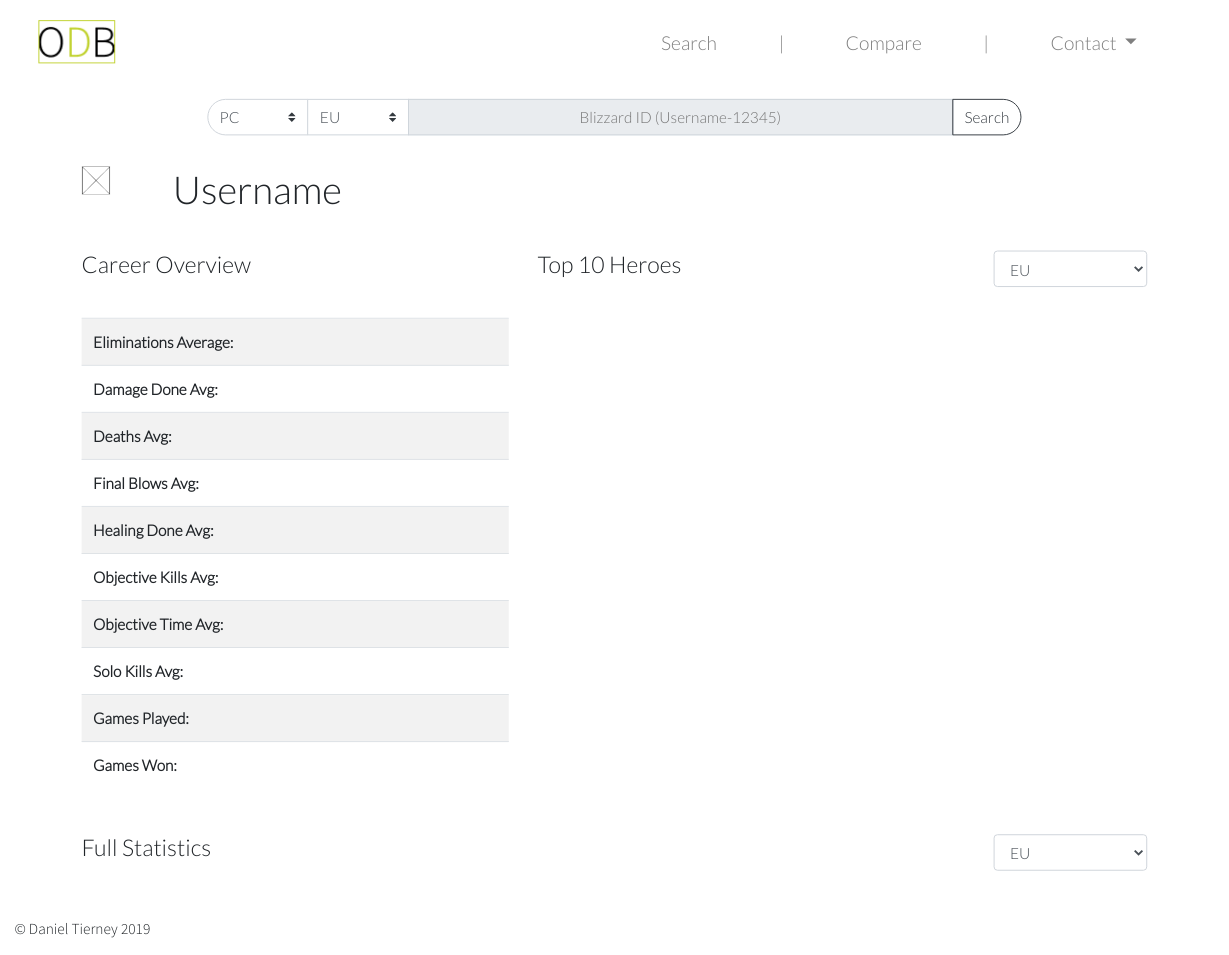
Repository: Cobonkoi/overwatch-dashboard
Page: search.html
The author's editor kept a record of every edit. The page is drawn from the files as they stood at one moment, then again after the next edit.
The browser window is 1280 px wide. The pictures show the whole page, at 96% of full size.

Above is the page before.

### search.html
<!DOCTYPE html>
<html lang="en">

<head>
    <meta charset="UTF-8">
    <meta name="viewport" content="width=device-width, initial-scale=1.0">
    <meta http-equiv="X-UA-Compatible" content="ie=edge">
    <title>Overwatch Dashboard</title>
    <link rel="stylesheet" href="libraries/bootstrap.min.css" type="text/css" />
    <link rel="stylesheet" href="https://stackpath.bootstrapcdn.com/font-awesome/4.7.0/css/font-awesome.min.css" type="text/css" />
    <link href="https://fonts.googleapis.com/css?family=Lato:300|Source+Sans+Pro:300&display=swap" rel="stylesheet">
    <link rel="stylesheet" href="assets/css/style.css" type="text/css" />
</head>

<body>
    <!-- NAVBAR -->
    <nav class="navbar navbar-expand-sm navbar-light my-2">
        <a href="index.html" class="navbar-brand ml-4"><img src="assets/images/brand-image.png" alt="Website Logo" width="80" height="45"></a>

        <button class="navbar-toggler ml-auto" type="button" data-toggle="collapse" data-target="#navbarNavDropdown" aria-controls="navbarNavDropdown" aria-expanded="false" aria-label="Toggle navigation">
            <span class="navbar-toggler-icon"></span></button>

        <div class="collapse navbar-collapse" id="navbarNavDropdown">
            <ul class="navbar-nav ml-auto mr-4">
                <li class="nav-item mr-5"><a class="nav-link" href="search.html">Search</a></li>
                <li class="mr-5 d-none d-sm-block"><a class="nav-link">|</a></li>
                <li class="nav-item mr-5"><a class="nav-link" href="compare.html">Compare</a></li>
                <li class="mr-5 d-none d-sm-block"><a class="nav-link">|</a></li>
                <li class="nav-item dropdown mr-5">
                    <a class="nav-link dropdown-toggle" href="" id="navbarDropdownMenuLink" role="button" data-toggle="dropdown" aria-haspopup="true" aria-expanded="false">
                      Contact
                    </a>
                    <div class="dropdown-menu" aria-labelledby="navbarDropdownMenuLink">
                        <a class="dropdown-item" href="featurerequest.html">Feature Request</a>
                        <a class="dropdown-item" href="bugreport.html">Bug Report</a>
                    </div>
                </li>
            </ul>
        </div>
    </nav>
    <!-- /NAVBAR -->

    <!-- SEARCH -->
    <div class="container search-container text-center d-none d-sm-block">
        <div class="row">
            <div class="col-12 my-3">
                <form class="form-inline" id="searchForm">
                    <div class="input-group mb-3 mx-auto">
                        <select class="custom-select rounded-left--search" id="searchFormPlatform" onchange="changeUsernamePlaceholder(); changeRegionHidden();">
                            <option disabled>Platform...</option>
                            <option value="pc">PC</option>
                            <option value="psn">PS4</option>
                            <option value="xbl">Xbox</option>
                        </select>
                        <select class="custom-select" id="searchFormRegion">
                            <option disabled>Region...</option>
                            <option value="eu">EU</option>
                            <option value="us">US</option>
                            <option value="asia">Asia</option>
                        </select>
                        <div class="input-group-append">
                            <input type="text" class="input-group-text" id="searchFormUsername" placeholder="Blizzard ID (Username-12345)" size="65" required>
                        </div>
                        <div class="input-group-append">
                            <button type="submit" class="btn btn-outline-dark rounded-right--search" form="searchForm">Search</button>
                        </div>
                    </div>
                </form>
            </div>
        </div>
    </div>
    <!-- /SEARCH -->

    <!-- SEARCH-MOBILE -->
    <div class="container search-container text-center d-sm-none">
        <div class="row">
            <div class="col-12">
                <form class="form-group" id="searchFormMobile">
                    <div class="mb-3 mx-auto">
                        <select class="form-control my-4" id="searchFormPlatformMobile" onchange="changeUsernamePlaceholderMobile(); changeRegionHiddenMobile();">
                            <option disabled>Platform...</option>
                            <option value="pc">PC</option>
                            <option value="psn">PS4</option>
                            <option value="xbl">Xbox</option>
                        </select>
                        <select class="form-control my-4" id="searchFormRegionMobile">
                            <option disabled>Region...</option>
                            <option value="eu">EU</option>
                            <option value="us">US</option>
                            <option value="asia">Asia</option>
                        </select>
                        <div class="input-group-append my-4">
                            <input type="text" class="form-control" id="searchFormUsernameMobile" placeholder="Blizzard ID (Username-12345)" required>
                        </div>
                    </div>
                </form>
            </div>
        </div>
    </div>

    <div class="container text-center d-sm-none">
        <div class="row">
            <div class="col-12 mb-5">
                <button type="submit" class="btn btn-outline-dark btn-rounded btn--search" form="searchFormMobile">Search</button>
            </div>
        </div>
    </div>
    <!-- /SEARCH MOBILE -->

    <!-- HEADER -->
    <div class="container search-header-container">
        <div class="row">
            <div class="col-1 mb-3">
                <img src="assets/images/placeholder-profile-picture.png" alt="profile picture" width="30" height="30"></img>
            </div>
            <div class="col-3 mb-3">
                <h1 class="" id="">Username</h1>
                <!-- Platform - Region -->
            </div>
            <div class="col-2 mb-3">
                <!-- Account Level -->
                <!-- Endoresment Level -->
            </div>
            <div class="col-5 mb-3">
                <!-- Quickplay / Comp toggler -->
            </div>
        </div>
    </div>
    <!-- /HEADER -->

    <!-- CAREER OVERVIEW -->
    <div class="container career-overview-container">
        <div class="row">
            <div class="col-5 my-3">
                <h4 class="" id="">Career Overview</h4>
            </div>
            <div class="col-5 my-3">
                <h4 class="" id="">Top 10 Heroes</h4>
            </div>
            <div class="col-2 my-3">
                <select class="form-control" id="">
                    <option disabled>Region...</option>
                    <option value="eu">EU</option>
                    <option value="us">US</option>
                    <option value="asia">Asia</option>
                </select>
            </div>
        </div>
        <div class="row">
            <div class="col-5 my-3">
                <table class="table table-striped">
                    <tbody>
                        <tr>
                            <th scope="row">Eliminations Average:</th>
                            <td id="careerOverviewEliminations"></td>
                        </tr>
                        <tr>
                            <th scope="row">Damage Done Avg:</th>
                            <td id="careerOverviewDamageDone"></td>
                        </tr>
                        <tr>
                            <th scope="row">Deaths Avg:</th>
                            <td id="careerOverviewDeaths"></td>
                        </tr>
                        <tr>
                            <th scope="row">Final Blows Avg:</th>
                            <td id="careerOverviewFinalBlows"></td>
                        </tr>
                        <tr>
                            <th scope="row">Healing Done Avg:</th>
                            <td id="careerOverviewHealing"></td>
                        </tr>
                        <tr>
                            <th scope="row">Objective Kills Avg:</th>
                            <td id="careerOverviewObjectiveKills"></td>
                        </tr>
                        <tr>
                            <th scope="row">Objective Time Avg:</th>
                            <td id="careerOverviewObjectiveTime"></td>
                        </tr>
                        <tr>
                            <th scope="row">Solo Kills Avg:</th>
                            <td id="careerOverviewSoloKills"></td>
                        </tr>
                        <tr>
                            <th scope="row">Games Played:</th>
                            <td id="careerOverviewGamesPlayed"></td>
                        </tr>
                        <tr>
                            <th scope="row">Games Won:</th>
                            <td id="careerOverviewGamesWon"></td>
                        </tr>
                    </tbody>
                </table>
            </div>
            <div class="col-7 my-3">
                <!-- top 10 table -->
            </div>
        </div>
    </div>
    <!-- /CAREER OVERVIEW -->

    <!-- FULL STATISTICS -->
    <div class="container search-header-container before-footer">
        <div class="row">
            <div class="col-10 my-3">
                <h4 class="" id="">Full Statistics</h4>
            </div>
            <div class="col-2 my-3">
                <select class="form-control" id="">
                    <option disabled>Region...</option>
                    <option value="eu">EU</option>
                    <option value="us">US</option>
                    <option value="asia">Asia</option>
                </select>
            </div>
        </div>
        <div class="row">
            <div class="col-12 my-3">
                <!-- full statistics table -->
            </div>
        </div>
    </div>
    <!-- /FULL STATISTICS -->


    <!-- <div class="container-fluid">
        <div class="row">
            <div class="col-12">
                <div>Games: </div>
                <div id="stat-games"></div><br>
                <div>Test Usernames: <br> Zael-2375 (PC, EU)<br> Sharpy-2695 (PC, EU)<br> MLGesus-21679 (PC, EU)<br> LicensedCntrctr (Xbox, US)<br> Ignortion (PS4, US)<br> NekoGirlMx (PS4, Asia)<br> shon bilinkis (Xbox, Asia)</div>
            </div>
        </div>
    </div> /-->

    <!-- FOOTER -->
    <footer class="footer">
        <div class="container-fluid">
            <div class="row">
                <div class="col-12 text-left">
                    <p>© Daniel Tierney 2019</p>
                </div>
            </div>
        </div>
    </footer>
    <!-- /FOOTER -->

    <!-- SCRIPTS -->
    <script src="libraries/jquery.slim.min.js"></script>
    <script src="libraries/bootstrap.bundle.min.js"></script>
    <script src="assets/javascript/main.js"></script>
    <!-- /SCRIPTS -->

</body>

</html>

### assets/css/style.css
html,
body {
    height: 100%;
}

body {
    font-family: 'Lato', sans-serif;
    display: flex;
    flex-direction: column;
}

p {
    font-family: 'Source Sans Pro', sans-serif;
}

/* -- NAVBAR -- */

.navbar-nav {
    font-size: 1.25rem;
}

/* -- FOOTER -- */

.before-footer {
    flex: 1 0 auto;
}

.footer {
    flex-shrink: 0;
}

/* -- CONTAINERS -- */

.callout-container {
    height: 30vh;

    display: flex;
    align-items: flex-end;
    justify-content: center;
}

.reminder-container {
    align-items: center;
    justify-content: center;
}

.search-container {
    align-items: center;
    justify-content: center;
}

/* -- FORM ASSETS -- */



/* -- BUTTONS -- */

.btn--search {
    font-size: 1.1rem;
    border-radius: 10rem;
    width: 10rem;
}

/* -- HEADERS -- */

#indexTitle {
    font-size: 3.5rem;
}

/* ---- MEDIA QUERIES ---- */

@media (min-width: 768px) {

/* -- FORM ASSETS -- */
    .rounded-left--search {
        border-top-left-radius: 10rem;
        border-bottom-left-radius: 10rem;
    }

    .rounded-right--search {
        border-top-right-radius: 10rem;
        border-bottom-right-radius: 10rem;
    }
}

### assets/javascript/main.js
const baseURL = "https://ow-api.com/v1/stats/";


function getData(type, cb) {
    var xhr = new XMLHttpRequest();

    var platform = document.getElementById("search-form-platform").value;
    var region = document.getElementById("search-form-region").value;
    var username = document.getElementById("search-form-username").value;

    if (platform == "pc") {
        var profileUrl = baseURL + platform + "/" + region + "/" + username + "/complete";
    } else {
        var profileUrl = baseURL + platform + "/"  + username + "/complete";
    }

    xhr.onreadystatechange = function() {
        if (this.readyState == 4 && this.status == 200) {
            cb(JSON.parse(this.responseText));
        }
    };

    xhr.open("GET", profileUrl);
    xhr.send();
}

function writeToDocument(type) {
    getData(type, function(data) {
        console.dir(data);
        document.getElementById("stat-games").innerHTML = `Played ${data.competitiveStats.games.played} / Won ${data.competitiveStats.games.won}`;
    });
}

function changeUsernamePlaceholder() {
    if (document.getElementById("searchFormPlatform").value == "pc") {
        document.getElementById("searchFormUsername").placeholder = "Blizzard ID (Username-12345)";
    } else if (document.getElementById("searchFormPlatform").value == "xbl") {
        document.getElementById("searchFormUsername").placeholder = "Gamertag";
    } else if (document.getElementById("searchFormPlatform").value == "psn") {
        document.getElementById("searchFormUsername").placeholder = "PSN ID";
    }
}

function changeUsernamePlaceholderMobile() {
    if (document.getElementById("searchFormPlatformMobile").value == "pc") {
        document.getElementById("searchFormUsernameMobile").placeholder = "Blizzard ID (Username-12345)";
    } else if (document.getElementById("searchFormPlatformMobile").value == "xbl") {
        document.getElementById("searchFormUsernameMobile").placeholder = "Gamertag";
    } else if (document.getElementById("searchFormPlatformMobile").value == "psn") {
        document.getElementById("searchFormUsernameMobile").placeholder = "PSN ID";
    }
}

function changeRegionHidden() {
    if (document.getElementById("searchFormPlatform").value == "pc") {
        var regionDropdown = document.getElementById("searchFormRegion");
        regionDropdown.removeAttribute("hidden");
    } else if (document.getElementById("searchFormPlatform").value == "xbl") {
        var regionDropdown = document.getElementById("searchFormRegion");
        regionDropdown.setAttribute("hidden", true);
    } else if (document.getElementById("searchFormPlatform").value == "psn") {
        var regionDropdown = document.getElementById("searchFormRegion");
        regionDropdown.setAttribute("hidden", true);
    }
}

function changeRegionHiddenMobile() {
    if (document.getElementById("searchFormPlatformMobile").value == "pc") {
        var regionDropdownMobile = document.getElementById("searchFormRegionMobile");
        regionDropdownMobile.removeAttribute("hidden");
    } else if (document.getElementById("searchFormPlatformMobile").value == "xbl") {
        var regionDropdownMobile = document.getElementById("searchFormRegionMobile");
        regionDropdownMobile.setAttribute("hidden", true);
    } else if (document.getElementById("searchFormPlatformMobile").value == "psn") {
        var regionDropdownMobile = document.getElementById("searchFormRegionMobile");
        regionDropdownMobile.setAttribute("hidden", true);
    }
}

Loaded but not shown: libraries/bootstrap.min.css (library); libraries/jquery.slim.min.js (library); libraries/bootstrap.bundle.min.js (library)

After the next edit:
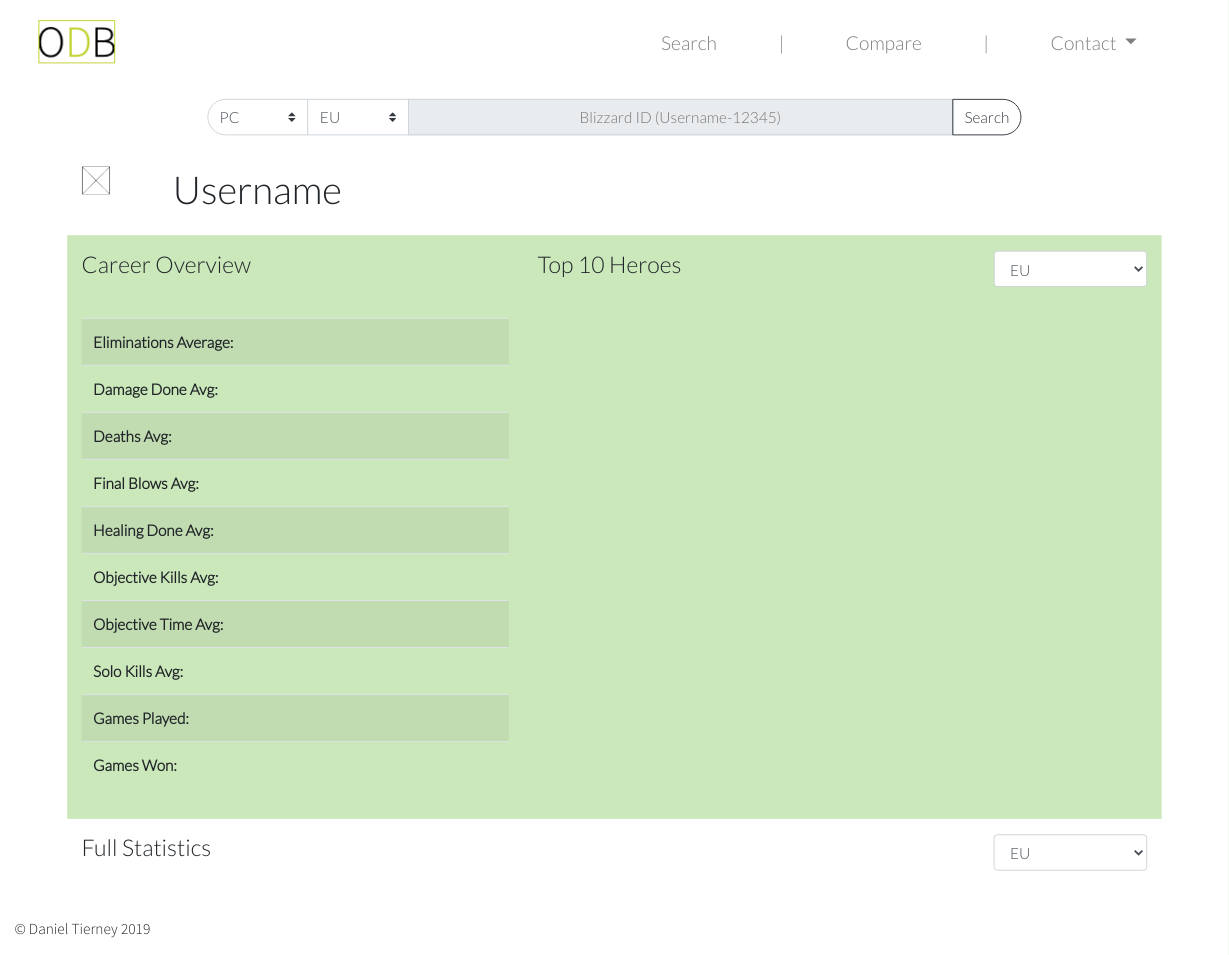
The edit:
--- a/assets/css/style.css
+++ b/assets/css/style.css
@@ -49,6 +49,10 @@
     justify-content: center;
 }
 
+.career-overview-container {
+    background-color: #cbe8ba;
+}
+
 /* -- FORM ASSETS -- */
 
 
